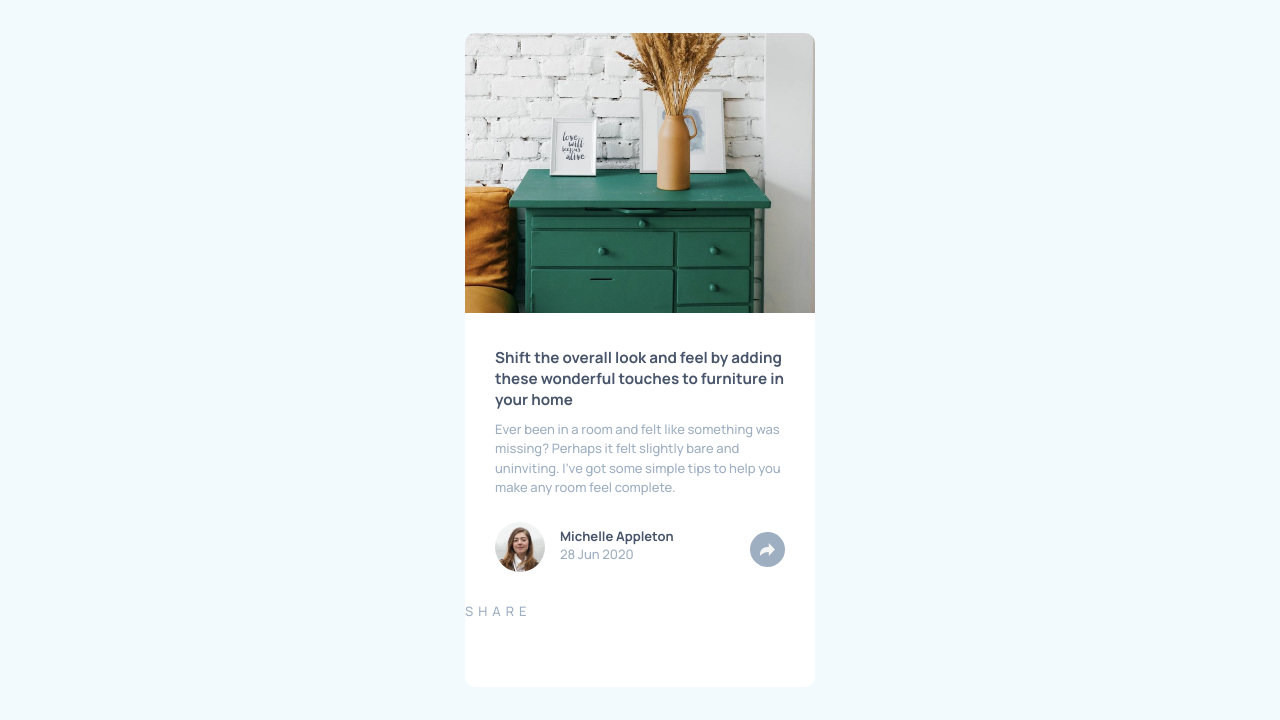
Repository: ellenliao95/frontend-mentor-solution
Page: article-preview-component-master/index.html
An editor plug-in stored every save of this project. The page is shown before and after the next save, followed by the edit.
The browser window is 1280 px wide. The pictures show the whole page.

Above is the page before, as saved 2023-03-21 15:17:45.

### article-preview-component-master/index.html
<!DOCTYPE html>
<html lang="en">
<head>
  <meta charset="UTF-8">
  <meta name="viewport" content="width=device-width, initial-scale=1.0"> <!-- displays site properly based on user's device -->

<!-- fonts style -->
  <link rel="preconnect" href="https://fonts.googleapis.com">
  <link rel="preconnect" href="https://fonts.gstatic.com" crossorigin>
  <link href="https://fonts.googleapis.com/css2?family=Manrope:wght@500;700&display=swap" rel="stylesheet">

  <link rel="icon" type="image/png" sizes="32x32" href="./images/favicon-32x32.png">

  <title>Frontend Mentor | Article preview component</title>

  <link rel="stylesheet" href="index.css">
</head>
<body>
  <div class="all-container">
    <article>
      <picture>
        <source media="(min-width: 375px)" srcset="images/drawers.jpg">
        <img src="images/drawers.jpg" alt="" class="drawers-img">
      </picture>
    </article>

    <div class="container">
      <div>
        <h3>
          Shift the overall look and feel by adding these wonderful
          touches to furniture in your home
        </h3>
        <p>
          Ever been in a room and felt like something was missing? Perhaps it felt slightly bare and uninviting. I’ve got some simple tips to help you make any room feel complete.
        </p>
      </div>

      <div class="head-card">
        <img src="images/avatar-michelle.jpg" alt="me" class="head-img">
        <ul class="head-text">
          <li id="name">Michelle Appleton</li>
          <li>28 Jun 2020</li>
        </ul>
        <div class="share">
          <img
            src="images/icon-share.svg"
            alt="Share-icon"
            >
        </div>
      </div>
    </div>
    <footer>
      <div>
        <ul class="share-dtl">
          <li>
            <p>SHARE</p>
          </li>
          <li>
            <a href="#"></a>
              <img
              src="images/icon-facebook.svg"
              alt="Facebook-icon">
            </a>
          </li>
          <li>
            <a href="#">
              <img
              src="images/icon-twitter.svg"
              alt="twitter-icon">
            </a>
          </li>
          <li>
            <a href="#">
              <img
              src="images/icon-pinterest.svg"
              alt="pinterest-icon">
            </a>
          </li>
        </ul>
      </div>
    </footer>
</div>
</body>
</html>

### article-preview-component-master/index.css
.attribution {
    font-size: 11px; text-align: center;
}
.attribution a {
    color: hsl(228, 45%, 44%);
}

*{
    box-sizing: border-box;
    margin: 0%;
    padding: 0%;

}
body{
    min-height: 100vh;
    background: rgba(235, 248, 252, 0.625);
    Font-size: 13px;
    font-family: 'Manrope', sans-serif;
    width: 350px;
    align-items: center;
    margin: 0 auto;
    display: grid;
    place-content: center;

}
ul{
    list-style: none;
}
h3, #name{
    color: hsl(217, 19%, 35%);
    font-weight: 700;
}
p, li{
    color: hsl(212, 23%, 69%);
    font-weight: 500;
}
picture{
    height: 10px;
}
.all-container{
    background-color: white;
    border-radius: 10px;
}
.drawers-img{
    max-width: 100%;
    border-top-right-radius: 10px;
    border-top-left-radius:
    10px;

}
.container{
    background-color: white;
    padding: 30px 30px;
}
.container p{
    margin: 10px 0 25px 0;
    line-height: 1.2rem;
    font-weight: 500;
}
.share{
    background: hsl(212, 23%, 69%);
    width: 35px;
    height: 35px;
    border-radius: 50%;
    display: flex;
    justify-content: center;
    align-items: center;
    margin-top: 10px;
    margin-left: auto;
}
/* head care */
.head-card{
    display: flex;
}
.head-img{
    border-radius: 50%;
    width: 50px;
    height: 50px;
}
.head-text{
    margin: 5px 15px;
}

.share-dtl:hover{
    background-color: hsl(217, 19%, 35%);
    display: flex;
    justify-content: space-around;
    padding: 20px;
    border-bottom-right-radius: 10px;
    border-bottom-left-radius: 10px;

}
.share-dtl p{
    letter-spacing: 5px;
}

### article-preview-component-master/images/icon-share.svg
<svg xmlns="http://www.w3.org/2000/svg" width="16" height="13"><path fill="whitesmoke" d="M15 6.495L8.766.014V3.88H7.441C3.33 3.88 0 7.039 0 10.936v2.049l.589-.612C2.59 10.294 5.422 9.11 8.39 9.11h.375v3.867L15 6.495z"/></svg>

After the next save:
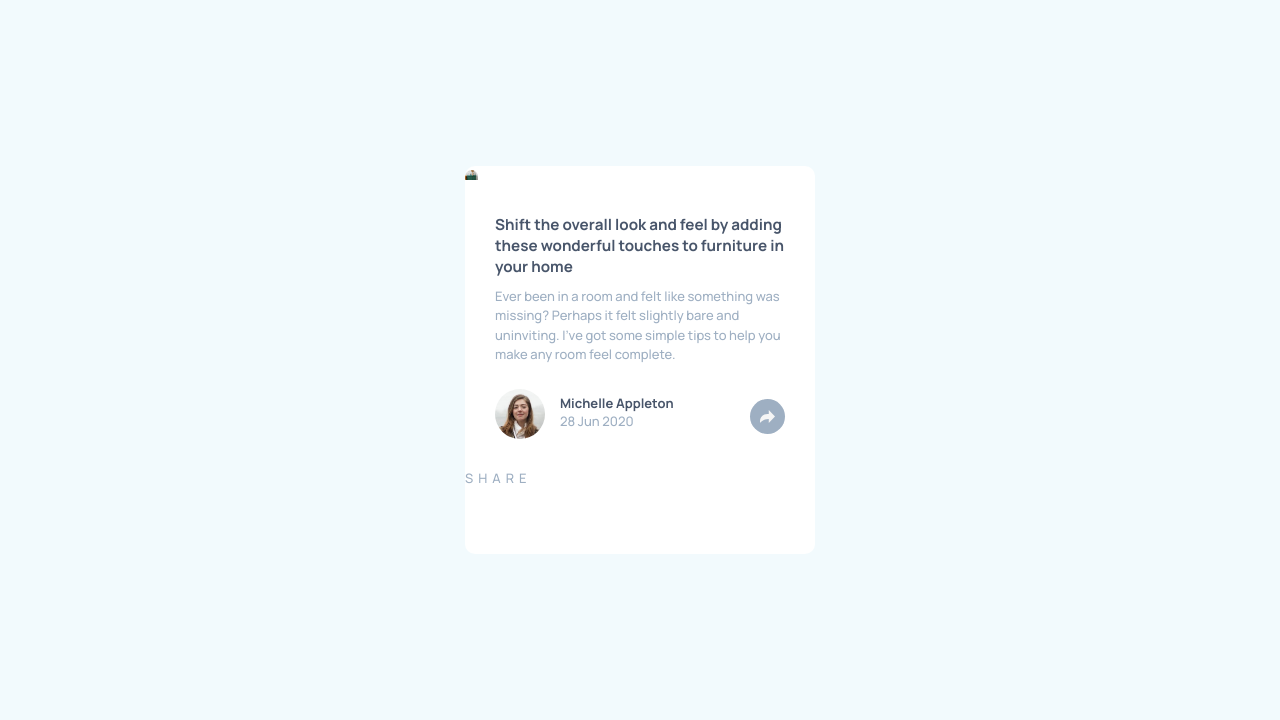
Saved 8 s later.
--- a/article-preview-component-master/index.css
+++ b/article-preview-component-master/index.css
@@ -34,7 +34,7 @@
     color: hsl(212, 23%, 69%);
     font-weight: 500;
 }
-picture{
+picture img{
     height: 10px;
 }
 .all-container{
